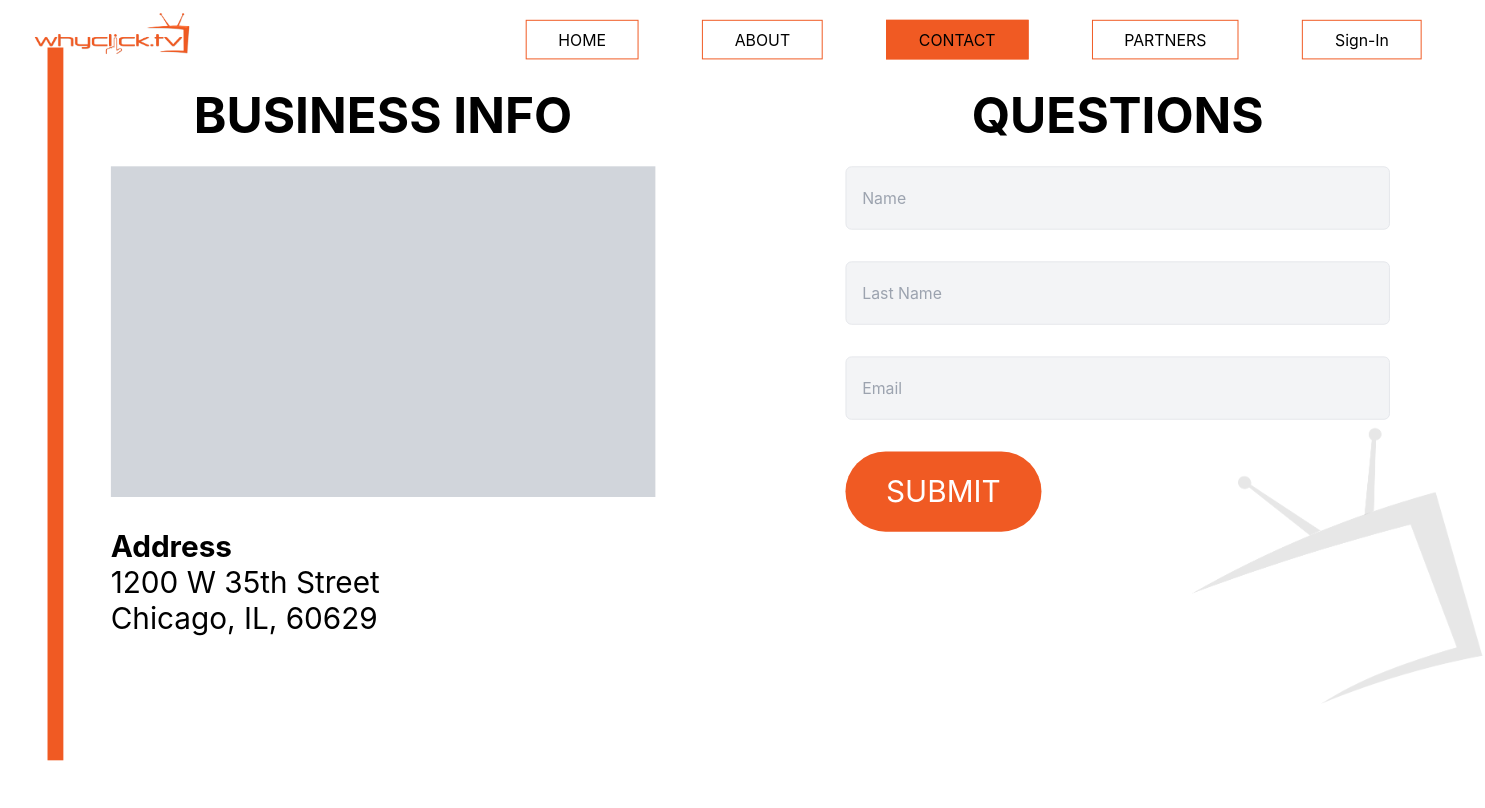
Repository: legenddev1202/whyclicktv
Page: /contact
The author's editor kept a copy of each file at every save. The page is drawn from the files as they stood at one save, then again after the next save.
The browser window is 1280 px wide. The page is 1500 px wide, so the pictures cover 1500 px, including what lies to the right of the window. The pictures show the whole page, at 99% of full size.
The project was rebuilt for these pictures with package versions that can differ from the ones it lists, and the page was loaded fresh each time. Also part of the build but not shown: src/App.css, src/pages/home.js, src/pages/about.js, src/pages/partners.js, src/pages/referral.js.

Above is the page before, as saved 2022-04-18 22:16:32.

After the next save:
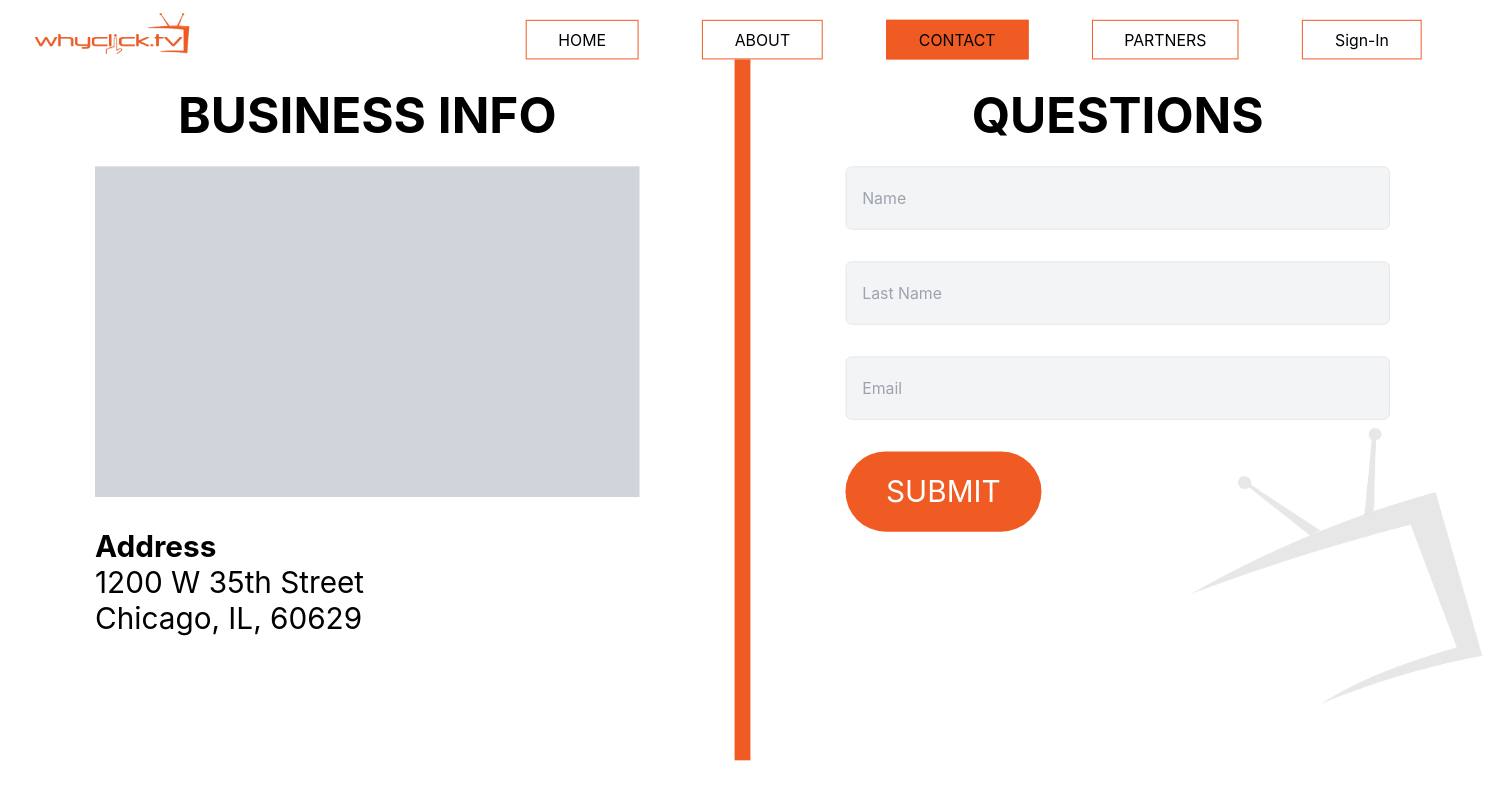
Saved 10 s later.
--- a/src/pages/contact.js
+++ b/src/pages/contact.js
@@ -74,11 +74,7 @@ function Contact() {
         </div>
       </div>
 
-      <div className="w-full absolute p-12 flex">
-        <div
-          className="w-4 h-full left-0 right-0 mx-auto z-10"
-          style={{ backgroundColor: "#F05A23", height: "100vh" }}
-        ></div>
+      <div className="w-full  absolute p-12 flex">
         <div className="w-1/2 p-12 pr-24 flex flex-col items-center">
           <div className="text-4xl font-bold" style={{ fontSize: 50 }}>
             BUSINESS INFO
@@ -102,7 +98,10 @@ function Contact() {
             </div>
           </div>
         </div>
-
+        <div
+          className="w-4 h-full left-0 right-0 mx-auto z-10"
+          style={{ backgroundColor: "#F05A23", height: "100vh" }}
+        ></div>
         <div className="w-1/2 p-12 pl-24 flex flex-col items-center">
           <div className="text-4xl font-bold" style={{ fontSize: 50 }}>
             QUESTIONS
